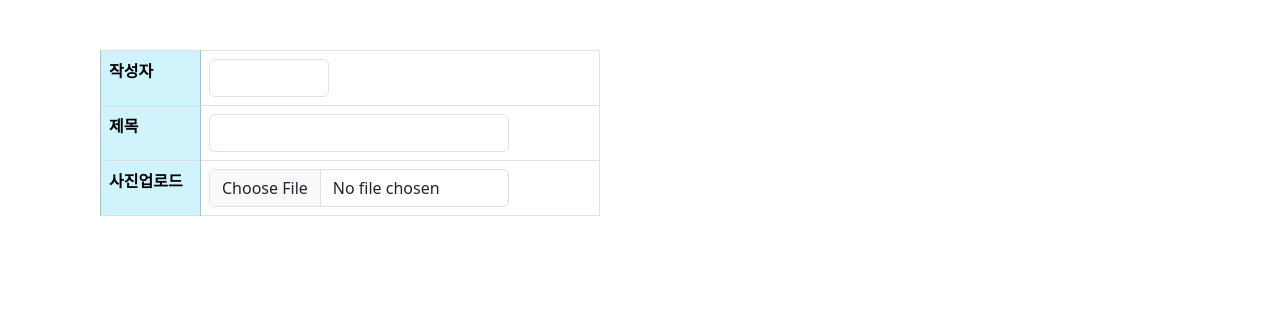
Repository: JunbroGit/SistProject
Page: http://localhost/jsaAjaxProject/uploadboard/addForm.jsp
The author's editor kept a copy of each file at every save. The page is drawn from the files as they stood at one save, then again after the next save.
The browser window is 1280 px wide. The pictures show the whole page.
Some web fonts or font styles are not loaded; a fallback is used. The page is served by Tomcat 9.

Above is the page before, as saved 2024-03-13 03:19:51.

After the next save:
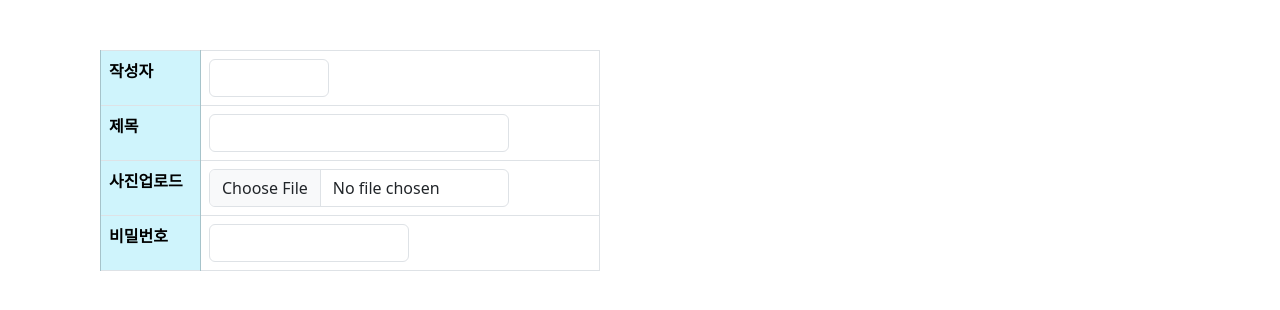
Saved 60 s later.
--- a/jspwork/jsaAjaxProject/src/main/webapp/uploadboard/addForm.jsp
+++ b/jspwork/jsaAjaxProject/src/main/webapp/uploadboard/addForm.jsp
@@ -31,6 +31,12 @@
 					<input type="file" name="photo" class="form-control" style="width: 300px;" required="required">
 				</td>
 			</tr>
+			<tr>
+				<th width="100" class="table-info">비밀번호</th>
+				<td>
+					<input type="text" name="pass" class="form-control" style="width: 200px;" required="required">
+				</td>
+			</tr>
 		</table>
 	</form>
 </div>
